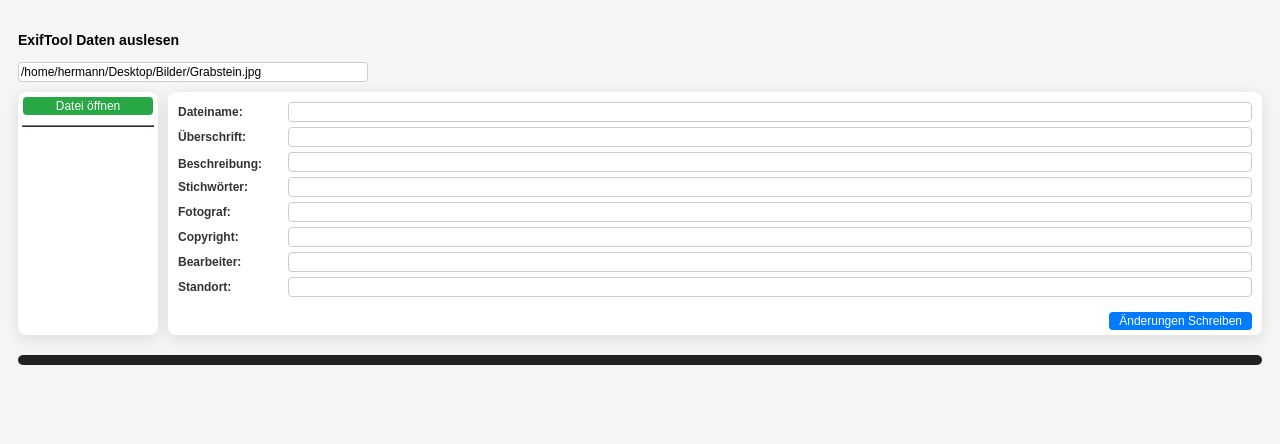
Repository: h-fahle/metadata
Page: ui/index.html
These files come from the project's save history. The page is drawn as it stood at one moment and after the next save; the edit follows.
The browser window is 1280 px wide. The pictures show the whole page.

Above is the page before, as saved 2026-08-17 10:11:54.

### ui/index.html
<!DOCTYPE html>
<html lang="de">

<head>
	<meta charset="UTF-8">
	<title>Tauri ExifTool Test</title>
	<link rel="stylesheet" href="style.css">
</head>

<body>
	<h3>ExifTool Daten auslesen</h3>

	<input type="text" id="bildpfad" value="/home/hermann/Desktop/Bilder/Grabstein.jpg">

	<div class="main-container">

		<!-- Das Vorschaubild links -->
		<div id="sidebar">
			<button id="file-open" onclick="dateiAuswählen()">Datei öffnen</button>
			<img id="vorschau-bild" src="" />
		</div>

		<!-- Das Formular rechts -->
		<form action="" method="post">
			<p>
				<label for="filename">Dateiname:</label>
				<input type="text" id="filename" name="filename"
					title="Im Einzelmodus: Änderung des Dateinamens bewirkt Umbenennung der Datei.
Im Stapelmodus: Ordnername is nicht änderbar."/>
			</p>
			<p>
				<label for="caption">Überschrift:</label>
				<input type="text" id="caption" name="caption"
					title="Auch (Dokument-)Titel, Schlagzeile, Headline"/>
			</p>
			<p>
				<label for="description">Beschreibung:</label>
				<textarea id="description" name="description" rows="10"
					title="Beschreibender Text in beliebiger Länge.
(Im Stapelmodus wird der eingegebene Text an vorhandenen angehängt.)
Hinweis: Einige Programme zeigen nur 2.000 Zeichen oder auch weniger an.">
				</textarea>
			</p>
			<p>
				<label for="keywords">Stichwörter:</label>
				<input type="text" id="keywords" name="keywords"
					title="Komma-separierte Liste. Groß-/Kleinschreibung beachten.
Im Stapelmodus werden die eingegebenen Stichwörter an vorhandene angehängt."/>
			</p>
			<p>
				<label for="creator">Fotograf:</label>
				<input type="text" id="creator" name="creator"
					title="Urheber, Ersteller, Autor
(Tags: Artitst, Creator, By-line)"/>
			</p>
			<p>
				<label for="copyright">Copyright:</label>
				<input type="text" id="copyright" name="copyright"
					title="Urheberrechtshinweis; enthält in der Regel:
Name des Fotografen, Aufnahmejahr und Nutzungsrechte;
(z.B. 'Copyright [1975] [Mustermann], Alle Rechte vorbehalten')"/>
			</p>
			<p>
				<label for="editor">Bearbeiter:</label>
				<input type="text" id="editor" name="editor"
					title="Verfasser der Metadaten
(Tags: Caption Writer, Writer Editor)"/>
			</p>
			<p>
				<label for="position">Standort:</label>
				<input type="text" id="position" name="position"
					title="GPS-Koordinaten in Dezimalgrad (51.49129, 8.43317).
Ermitteln der Koordinaten in der Google Maps-Karte:
  1. mit rechter Maustaste auf den Standort klicken,
  2. auf die angezeigten Koordinaten klicken,
  3. der so gespeicherte Wert kann dann mit Strg+V kopiert werden."/>
			</p>

			<!-- NEU: Der Speichern-Button am Ende des Formular-Containers -->
			<div style="text-align: right; margin-top: 15px;">
				<button onclick="exifSchreiben(event)"
					style="background: #007BFF;">Änderungen Schreiben</button>
			</div>

		</form>
	</div> <!-- Ende des main-containers -->

	<div id="ausgabe"></div>

	<script>

		async function dateiAuswählen() {
			try {
				const ergebnis = await window.__TAURI__.core.invoke('plugin:dialog|open', {
					options: {
						title: 'Bilddatei für ExifTool auswählen',
						directory: false,
						multiple: false,
						filters: [
							{ name: 'Bilder', extensions: ['jpg', 'jpeg', 'png', 'gif', 'tif', 'tiff', 'webp', 'avif', 'heic', 'heif'] }
						]
					}
				});

				// Wenn der Nutzer nicht abgebrochen hat (ergebnis ist nicht null)
				if (ergebnis) {
					// Falls das Ergebnis ein Objekt ist (z.B. { path: "..." }), holen wir den Pfad heraus,
					// ansonsten nehmen wir den String direkt.
					const pfad = typeof ergebnis === 'object' ? ergebnis.path : ergebnis;

					document.getElementById("bildpfad").value = pfad;

					// Sofort automatisch die Metadaten einlesen!
					exifAuslesen();
				}
			} catch (fehler) {
				document.getElementById("ausgabe").innerHTML = "<span style='color: red;'>Dialog-Fehler: " + fehler + "</span>";
			}
		}

		async function exifAuslesen() {
			const pfad = document.getElementById("bildpfad").value;
			const ausgabe = document.getElementById("ausgabe");
			const vorschauImg = document.getElementById("vorschau-bild");


			ausgabe.innerText = "Rufe ExifTool auf...";

			try {
				// 1. Metadaten über Rust holen
				const jsonText = await window.__TAURI__.core.invoke('lese_bild_metdaten', { dateipfad: pfad });
				const datenObjekt = JSON.parse(jsonText)[0]; 	// Das 1. JSON-Objekt im JSON-Array in JS-Objekt umwandeln

				document.getElementById('filename').value = datenObjekt.FileName || '';
				document.getElementById('caption').value = datenObjekt.CMB_Caption || '';
				document.getElementById('description').value = datenObjekt.Description || '';
				document.getElementById('keywords').value = datenObjekt.Keywords || '';
				document.getElementById('creator').value = datenObjekt.Creator || '';
				document.getElementById('copyright').value = datenObjekt.Copyright || '';
				document.getElementById('editor').value = datenObjekt.CMB_Editor || '';
				document.getElementById('position').value = datenObjekt.GPSPosition || '';

				// Wir nehmen das erste Element der Liste (ExifTool liefert immer ein Array)
				// und stellen es schön formatiert im Browser dar
				// ausgabe.innerText = JSON.stringify(datenObjekt[0], null, 2);
				ausgabe.innerText = jsonText;

				// Wir fragen Rust nach dem besten Weg für das Bild
				const vorschauErgebnis = await window.__TAURI__.core.invoke('hole_vorschaubild', { dateipfad: pfad });

				if (vorschauErgebnis === "STANDARD") {
					// Normales JPG/PNG über das Asset-Protokoll
					const assetUrl = window.__TAURI__.core.convertFileSrc(pfad);
					vorschauImg.src = assetUrl + "?t=" + new Date().getTime();
				} else if (vorschauErgebnis.startsWith("data:[embedded picture, 23 characters]")) {
					// TIF/TIFF über den im RAM kompilierten Rust-Wandler
					vorschauImg.src = vorschauErgebnis;
				}

				vorschauImg.style.display = "block";

			} catch (fehler) {
				ausgabe.innerHTML = "<span style='color: red;'>Fehler: " + fehler + "</span>";
				vorschauImg.style.display = "none";
				infoText.innerText = "Fehler beim Laden";
			}
		}

		async function exifSchreiben(ereignis) {
			if (ereignis) ereignis.preventDefault();  // verbietet dem Browser den automatischen Seiten-Reset!

			const pfad = document.getElementById("bildpfad").value;
			const ausgabe = document.getElementById("ausgabe");

			ausgabe.innerText = "Speichere Daten über ExifTool...";

			// Wir sammeln alle aktuellen Werte aus den Eingabefeldern ein
			const daten = {
				dateipfad: pfad,
				filename: document.getElementById('filename').value,
				caption: document.getElementById('caption').value,
				description: document.getElementById('description').value,
				keywords: document.getElementById('keywords').value.split(',').map(s => s.trim()).join(', '),
				creator: document.getElementById('creator').value,
				copyright: document.getElementById('copyright').value,
				editor: document.getElementById('editor').value,
				gps: document.getElementById('position').value
			};

			try {
				// Wir schicken das gesamte Paket an die Rust-Funktion 'schreibe_bild_metdaten'
				const antwort = await window.__TAURI__.core.invoke('schreibe_bild_metdaten', daten);

				// Bei Erfolg zeigen wir die Meldung in grüner Schrift an
				ausgabe.innerHTML = "<span style='color: #00ff00;'>" + antwort + "</span>";

				// 2. Da der Pfad dank preventDefault() jetzt bombenfest im Feld stehen bleibt,
				// funktioniert das Neuladen nun augenblicklich und fehlerfrei!
				await exifAuslesen();

			} catch (fehler) {
				// Falls etwas schiefgeht (z.B. Datei schreibgeschützt), zeigen wir den Fehler an
				ausgabe.innerHTML = "<span style='color: red;'>Fehler beim Speichern: " + fehler + "</span>";
			}
		}

	</script>
</body>

</html>

### ui/style.css
body {
	font-family: sans-serif;
	font-size:12px;
	padding: 10px;
	background: #f5f5f5;
}

button {
	padding: 2px 10px;
	font-size: 12px;
	cursor: pointer;
	background: #28a745;
	color: white;
	border: none;
	border-radius: 4px;
}

#ausgabe {
	margin-top: 20px;
	background: #222;
	color: #00ff00;
	padding: 5px;
	border-radius: 5px;
	font-family: monospace;
	white-space: pre-wrap;
	overflow-x: auto;
}
input#bildpfad {
	width: 350px;
}

/* Der neue Haupt-Container für die Nebeneinander-Ausrichtung */
.main-container {
	margin-top: 10px;
	display: flex;
	flex-direction: row;  /* Elemente nebeneinander */
	gap: 10px;            /* Abstand zwischen Bild und Formular */
	width: 100%;
	box-sizing: border-box;
}

/* Styling für den Bild-Bereich */
#sidebar {
	width: 140px;
	min-width: 140px;

	display: flex;
	flex-direction: column;
  	align-items: center;
  	justify-content: flex-start;

	padding-top: 5px;
	background-color: #ffffff;
	border-radius: 8px;
	box-shadow: 0 4px 15px rgba(0, 0, 0, 0.1);
}
#file-open {
	 width: 130px;
	 margin-bottom: 10px;
}
#vorschau-bild {
	width: 130px;
	height: auto;
	border: 1px outset gray;
}

/* Container des Formulars */
form {
	flex-grow: 1;
	margin: 0;
	padding: 5px 10px;
	background-color: #ffffff;
	border-radius: 8px;
	box-shadow: 0 4px 15px rgba(0, 0, 0, 0.1);
	font-family: Arial, sans-serif;
}

form p {
	display: flex;
	align-items: center;
	margin: 6px 0;       /* Geringer Zeilenabstand */
	width: 100%;
	margin-top: 5px;    /* Kleiner Abstand nach oben */
	margin-bottom: 5px; /* Kleiner Abstand nach unten */
}

/* Feste Breite für die Labels + Linksbündig */
label {
	display: inline-block;
	width: 110px;
	text-align: left;
	font-weight: bold;
	color: #333333;
	flex-shrink: 0; /* Verhindert, dass der Text zusammengedrückt wird */
}
label[for="description"] {
	vertical-align: top;
	margin-top: 3px; /* Schiebt das Label minimal nach unten, damit es perfekt synchron zur ersten Textzeile steht */
}

/* Eingabefelder füllen den restlichen Platz der Zeile aus */
input[type="text"],
textarea {
	flex-grow: 1; /* Alle Felder starten exakt an der gleichen Linie */
	width: 100%;
	min-width: 0;
	padding: 2px;
	border: 1px solid #cccccc;
	border-radius: 4px;
	box-sizing: border-box;
	font-size: 12px;
}
textarea {
    /* DIESE BEIDEN ZEILEN LÖSEN DAS LINUX-PROBLEM ENDGÜLTIG: */
    field-sizing: content;   /* Die Box wächst automatisch zeilenweise mit! */
    overflow: hidden;        /* Schaltet Scrollbalken und damit den Bug komplett ab */
    resize: none;            /* Der Nutzer muss nicht mehr manuell ziehen */
}

/* Aktives Feld bei Klick */
input:focus,
textarea:focus {
	border-color: #007BFF;
	outline: none;
	box-shadow: 0 0 5px rgba(0, 123, 255, 0.5);
}

/* Der Absendeknopf richtet sich nach den Eingabefeldern aus */
.button-group {
	display: flex;
	justify-content: flex-end;
}

button[type="submit"] {
	width: 200px;
	padding: 12px;
	background-color: #007BFF;
	color: white;
	border: none;
	border-radius: 4px;
	font-size: 16px;
	cursor: pointer;
	transition: background-color 0.3s ease;
}
button[type="submit"]:hover {
	background-color: #0056b3;
}

After the next save:
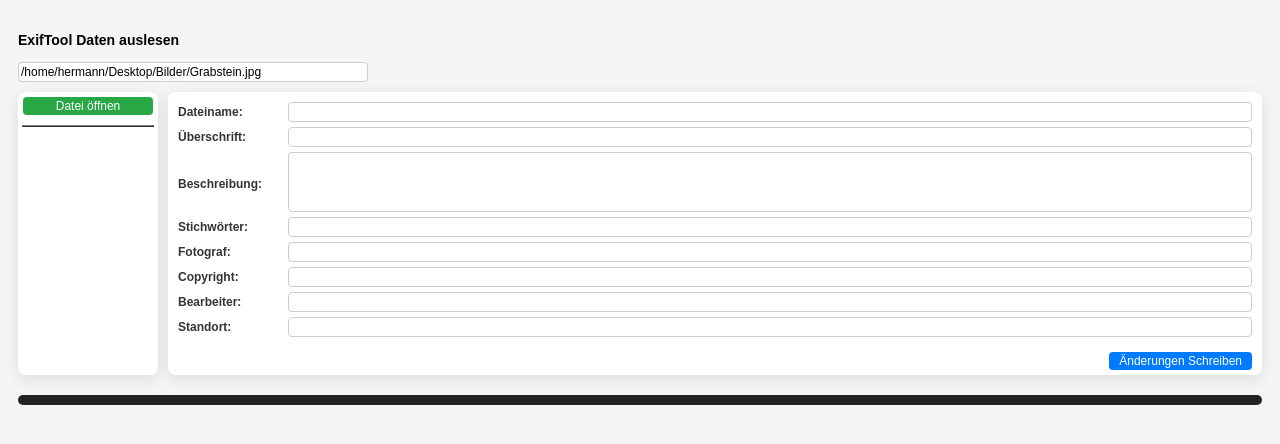
Saved 3 min 27 s later.
--- a/ui/index.html
+++ b/ui/index.html
@@ -35,7 +35,7 @@ Im Stapelmodus: Ordnername is nicht änderbar."/>
 			</p>
 			<p>
 				<label for="description">Beschreibung:</label>
-				<textarea id="description" name="description" rows="10"
+				<textarea id="description" name="description" style="min-height: 60px;"
 					title="Beschreibender Text in beliebiger Länge.
 (Im Stapelmodus wird der eingegebene Text an vorhandenen angehängt.)
 Hinweis: Einige Programme zeigen nur 2.000 Zeichen oder auch weniger an.">
